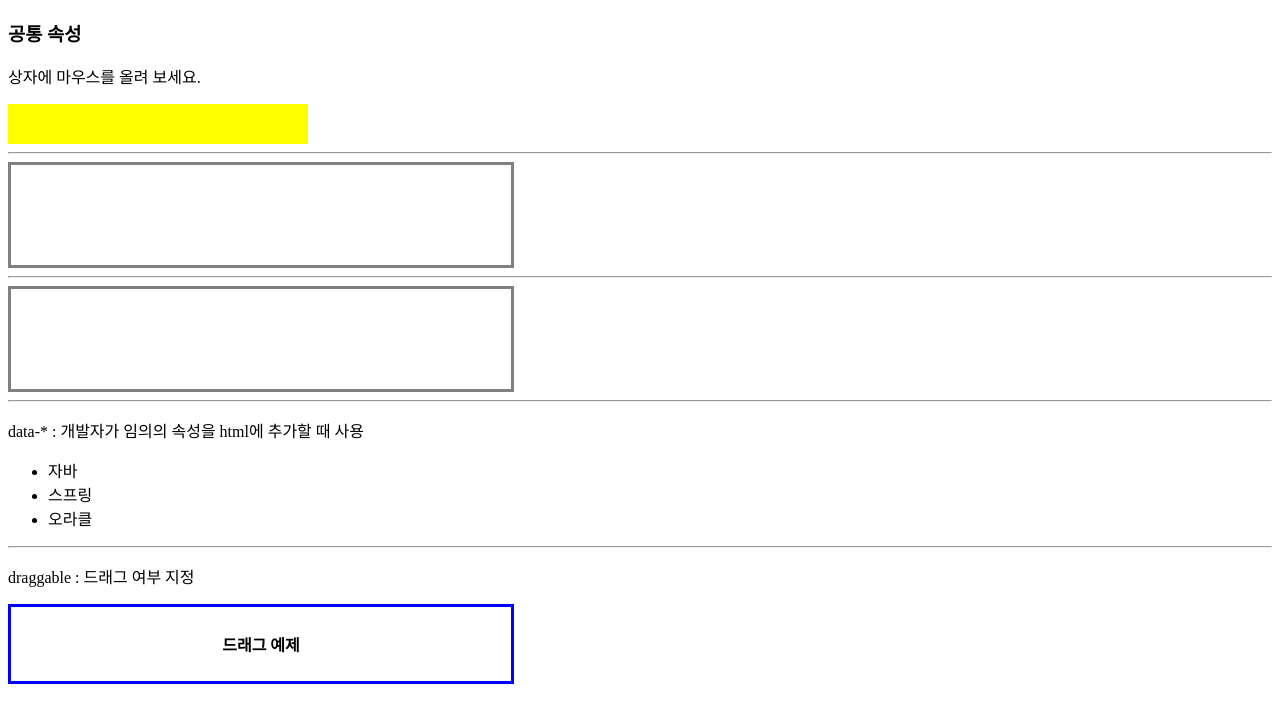
Repository: JiYoon0712/HTML_CSS_javascript
Page: work/study/src/main/webapp/htmlEx/ch02/ex06.html
The author's editor kept a copy of each file at every save. The page is drawn from the files as they stood at one save, then again after the next save.
The browser window is 1280 px wide. The pictures show the whole page.

Above is the page before, as saved 2023-04-03 03:15:35.

### work/study/src/main/webapp/htmlEx/ch02/ex06.html
<!DOCTYPE html>
<html>
<head>
<meta charset="UTF-8">
<title>Insert title here</title>
<style type="text/css">
.box{
	border: 3px solid gray;
	width: 500px;
	height: 100px;
	overflow: auto;
}

.box2{
	border: 3px solid blue;
	width: 450px;
	padding: 25px;
	text-align: center;
	font-weight: 700;
}

</style>

</head>
<body>

<h3> 공통 속성 </h3>
<!-- 속성 : 요소의 시작태그에 사용하여 명령어를 구체화 하는 역할을 한다. -->

<p>상자에 마우스를 올려 보세요.</p>
<div title="안녕..." style="width:300px; height:40px; background: yellow;"></div>
<hr>

<div class ="box" ></div>
<hr>
<div class = "box" contenteditable="true"></div>
<hr>

<p>data-* : 개발자가 임의의 속성을 html에 추가할 때 사용</p>
<ul>
	<li data-subject="java">자바</li>
	<li data-subject="spring">스프링</li>
	<li data-subject="oracle">오라클</li>
</ul>
<hr>

<p>draggable : 드래그 여부 지정</p>
<div class="box2" draggable="true">드래그 예제</div>

</body>
</html>

After the next save:
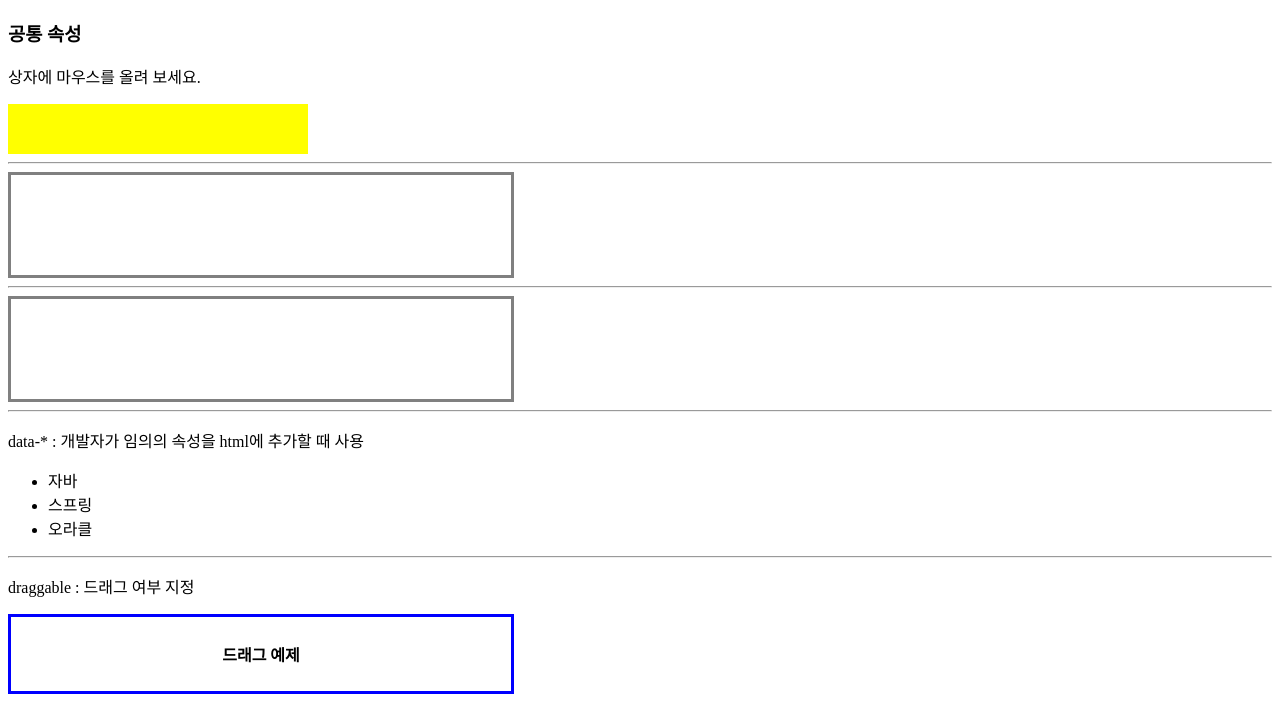
Saved 4 min 3 s later.
--- a/work/study/src/main/webapp/htmlEx/ch02/ex06.html
+++ b/work/study/src/main/webapp/htmlEx/ch02/ex06.html
@@ -28,7 +28,7 @@
 <!-- 속성 : 요소의 시작태그에 사용하여 명령어를 구체화 하는 역할을 한다. -->
 
 <p>상자에 마우스를 올려 보세요.</p>
-<div title="안녕..." style="width:300px; height:40px; background: yellow;"></div>
+<div title="안녕..." style="width:300px; height:50px; background: yellow;"></div>
 <hr>
 
 <div class ="box" ></div>
